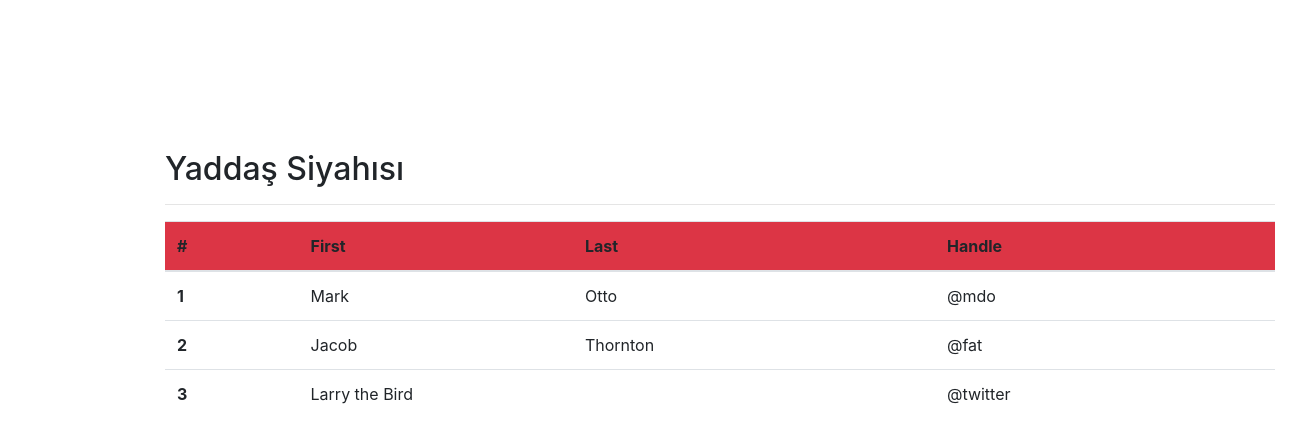
Repository: elvinyeka/ToDoApp
Page: http://localhost/
These files come from the project's save history. The page is drawn as it stood at one moment and after the next save; the edit follows.
The browser window is 1280 px wide. The page is 1290 px wide, so the pictures cover 1290 px, including what lies to the right of the window. The pictures show the whole page.
Some web libraries are served in a nearby version. The page is served by the project's application, run on Flask 3 (todo.py).

Above is the page before, as saved 2020-09-27 19:48:51.

After the next save:
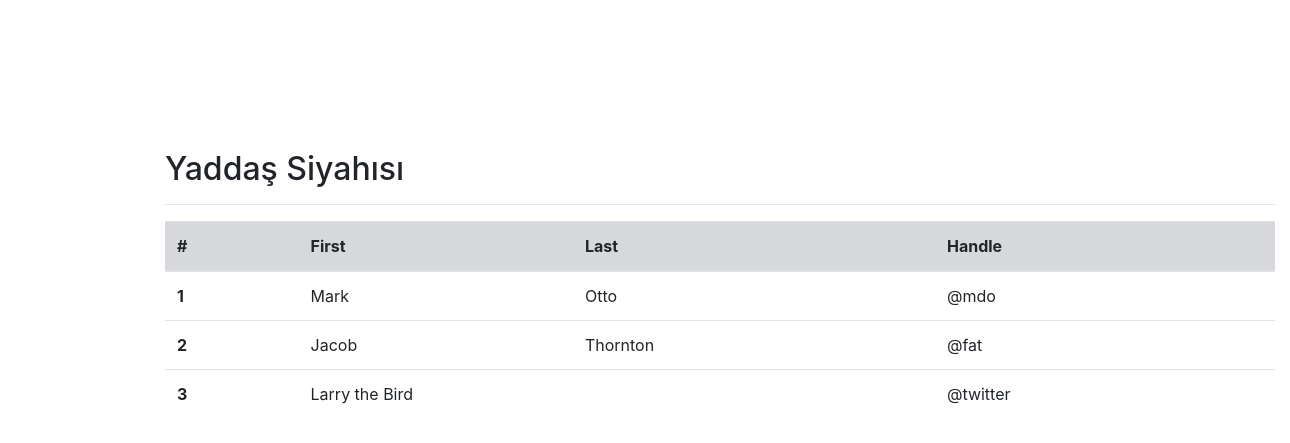
Saved 32 s later.
--- a/templates/index.html
+++ b/templates/index.html
@@ -13,7 +13,7 @@
         <h2>Yaddaş Siyahısı</h2>
         <hr>
         <table class="table table-hover">
-            <thead class="bg-danger">
+            <thead class="table-secondary">
                 <tr>
                     <th scope="col">#</th>
                     <th scope="col">First</th>
